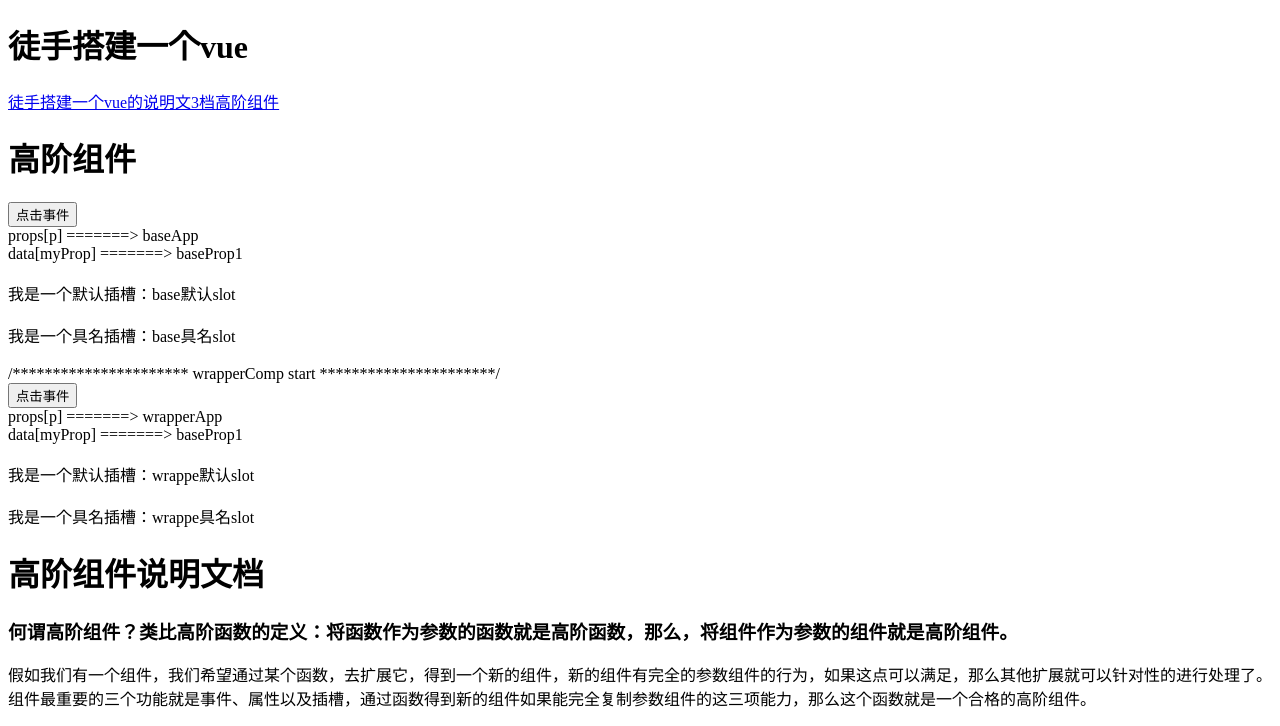
Repository: yuWhy/vue-build-cli
Page: /#/hightOrderComponents
The author's editor kept a copy of each file at every save. The page is drawn from the files as they stood at one save, then again after the next save.
The browser window is 1280 px wide. The pictures show the whole page.
The project was rebuilt for these pictures with package versions that can differ from the ones it lists, and the page was loaded fresh each time. Also part of the build but not shown: webpack.config.js, src/router/index.js.

Above is the page before, as saved 2021-02-22 13:23:57.

### index.html
<!DOCTYPE html>
<html lang="en">

<head>
  <meta charset="utf-8">
  <meta http-equiv="X-UA-Compatible" content="IE=edge">
  <meta name="viewport" content="width=device-width,initial-scale=1.0">
</head>

<body>
  <div id="app"></div>
</body>

</html>

### src/main.js
import Vue from 'vue'
import App from "./App.vue"
import router from './router/index.js'

new Vue({
  el: '#app',
  router,
  render: h => h(App)
})

### src/App.vue
<template>
  <div id="app">
    <h1>{{msg}}</h1>
    <router-link to="vueBuild">徒手搭建一个vue的说明文3档</router-link>
    <router-link to="hightOrderComponents">高阶组件</router-link>
    <router-view></router-view>
  </div>
</template>

<script>
export default {
  name: 'App',
  data() {
    return {
      msg: '徒手搭建一个vue'
    }
  }
}
</script>

### src/pages/HightOrderComponents/index.vue
<template>
  <div>
    <h1>高阶组件</h1>
    <baseComp @handle-click="handle" p="baseApp">
      <div>我是一个默认插槽：base默认slot</div>
      <template v-slot:sname>
        <div>我是一个具名插槽：base具名slot</div>
      </template>
    </baseComp>
     <br />
    /********************** wrapperComp start **********************/
    <br />
    <wrapperComp @handle-click="handle" p="wrapperApp">
      <div>我是一个默认插槽：wrappe默认slot</div>
      <template v-slot:sname>
        <div>我是一个具名插槽：wrappe具名slot</div>
      </template>
    </wrapperComp>
    <h1>高阶组件说明文档</h1>
    <h3>何谓高阶组件？类比高阶函数的定义：将函数作为参数的函数就是高阶函数，那么，将组件作为参数的组件就是高阶组件。</h3>
    <p>假如我们有一个组件，我们希望通过某个函数，去扩展它，得到一个新的组件，新的组件有完全的参数组件的行为，如果这点可以满足，那么其他扩展就可以针对性的进行处理了。组件最重要的三个功能就是事件、属性以及插槽，通过函数得到新的组件如果能完全复制参数组件的这三项能力，那么这个函数就是一个合格的高阶组件。</p>
  </div>
</template>

<script>
import baseComp from './components/baseComp.vue'
import hoc from './components/hoc.js'
const wrapperComp = hoc(baseComp)
export default {
  name: 'hightOrderComponents',
  components: { baseComp, wrapperComp },
  methods: {
    handle() {
      alert('tyty')
    }
  }
}
</script>

### src/pages/HightOrderComponents/components/baseComp.vue
<template>
  <div>
    <button @click="$emit('handle-click')">点击事件</button><br>
    props[p] =======> {{p}} <br>
    data[myProp] =======> {{myProp}}<br><br>
    <slot /><br>
    <slot name="sname" />
  </div>
</template>
<script>
export default {
  props: ['p'],
  components: {},
  data() {
    return {
      myProp: 'baseProp1'
    }
  },
  created() {},
  methods: {},
  mounted() {},
  computed: {}
}
</script>

### src/pages/HightOrderComponents/components/hoc.js
export default function Wrapper(baseComp) {
  return {
    data() {
      return {}
    },
    mounted() {},
    render(h) {
      let scopedSlots = {};
      let $slots = this.$slots;
      Object.keys($slots).map((key) => (scopedSlots[key] = () => $slots[key]))
      return h(baseComp, {
        on: this.$listeners,
        attrs: this.$attrs,
        props: this.$props,
        scopedSlots
      })
    }
  }
}

After the next save:
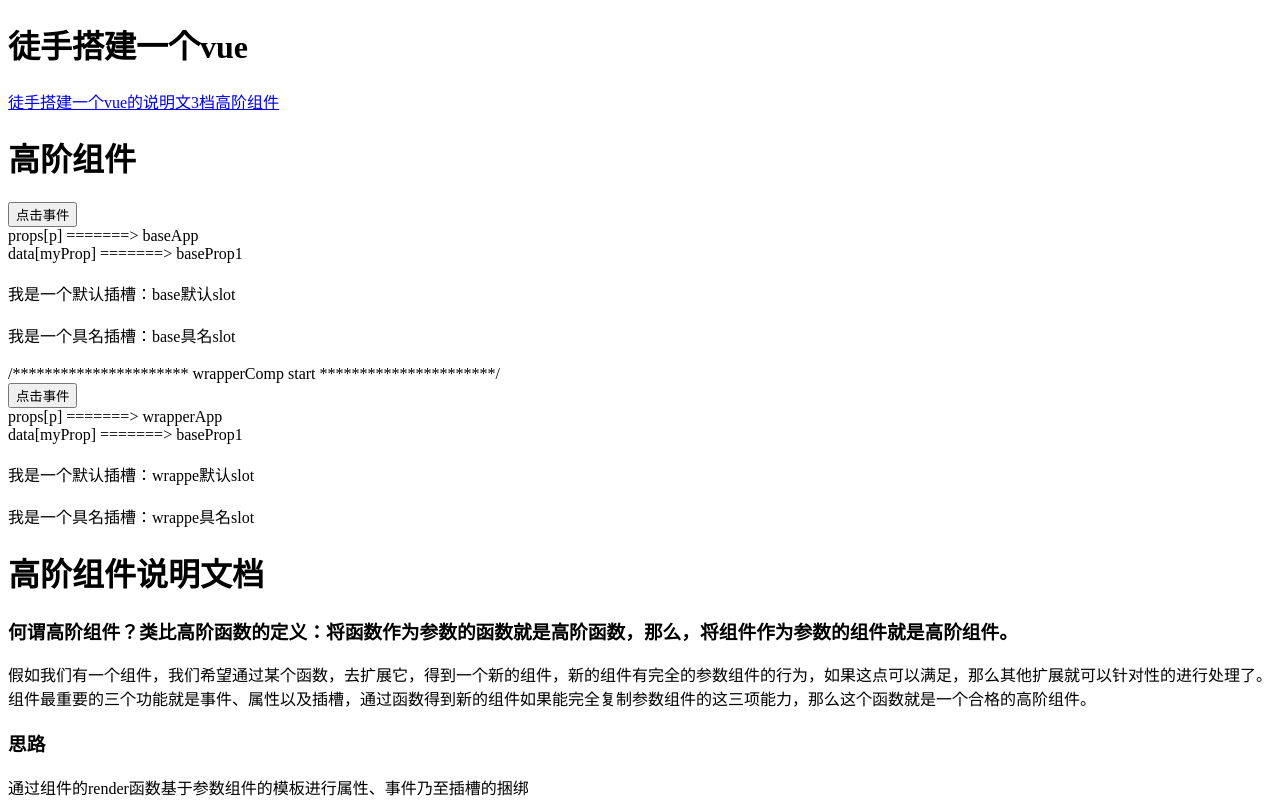
Saved 42 s later.
--- a/src/pages/HightOrderComponents/index.vue
+++ b/src/pages/HightOrderComponents/index.vue
@@ -19,6 +19,8 @@
     <h1>高阶组件说明文档</h1>
     <h3>何谓高阶组件？类比高阶函数的定义：将函数作为参数的函数就是高阶函数，那么，将组件作为参数的组件就是高阶组件。</h3>
     <p>假如我们有一个组件，我们希望通过某个函数，去扩展它，得到一个新的组件，新的组件有完全的参数组件的行为，如果这点可以满足，那么其他扩展就可以针对性的进行处理了。组件最重要的三个功能就是事件、属性以及插槽，通过函数得到新的组件如果能完全复制参数组件的这三项能力，那么这个函数就是一个合格的高阶组件。</p>
+    <h3>思路</h3>
+    <span>通过组件的render函数基于参数组件的模板进行属性、事件乃至插槽的捆绑</span>
   </div>
 </template>
 
